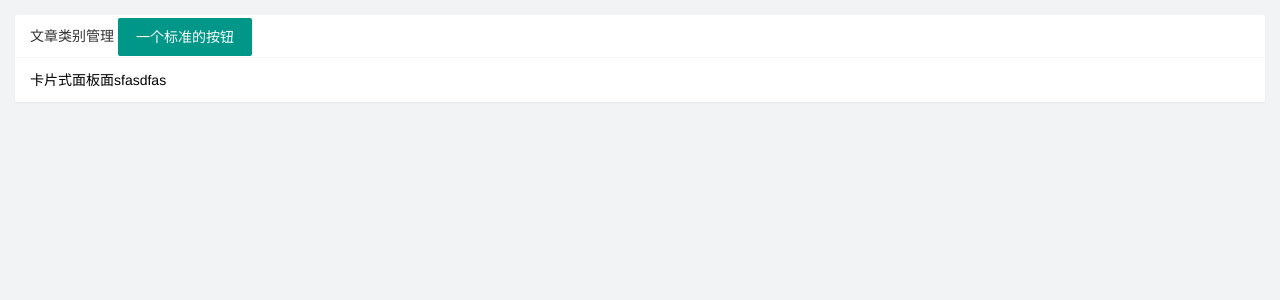
Repository: R1Deemo/Main-project
Page: article/art_cate.html
An editor plug-in stored every save of this project. The page is shown before and after the next save, followed by the edit.
The browser window is 1280 px wide. The pictures show the whole page.

Above is the page before, as saved 2022-11-09 19:44:27.

### article/art_cate.html
<!DOCTYPE html>
<html lang="en">

<head>
    <meta charset="UTF-8">
    <meta http-equiv="X-UA-Compatible" content="IE=edge">
    <meta name="viewport" content="width=device-width, initial-scale=1.0">
    <title>Document</title>
    <link rel="stylesheet" href="/assets/lib/layui/css/layui.css">
    <link rel="stylesheet" href="/assets/css/article/art_cate.css">
</head>

<body>
    <div class="layui-card">
        <div class="layui-card-header">
            <span>文章类别管理</span>
            <button type="button" class="layui-btn">一个标准的按钮</button>
        </div>
        <div class="layui-card-body">
            卡片式面板面sfasdfas
        </div>
    </div>

</body>

</html>

Loaded but not shown: assets/lib/layui/css/layui.css (library); assets/css/article/art_cate.css (common file)

After the next save:
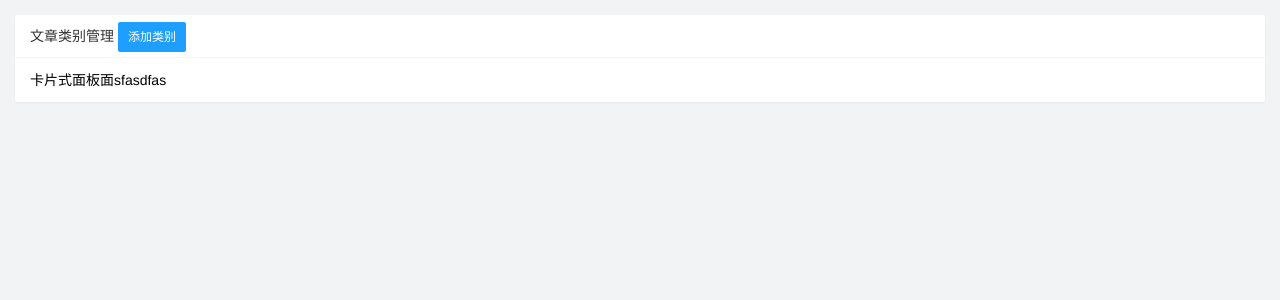
Saved 47 s later.
--- a/article/art_cate.html
+++ b/article/art_cate.html
@@ -14,7 +14,7 @@
     <div class="layui-card">
         <div class="layui-card-header">
             <span>文章类别管理</span>
-            <button type="button" class="layui-btn">一个标准的按钮</button>
+            <button type="button" class="layui-btn layui-btn-normal layui-btn-sm">添加类别</button>
         </div>
         <div class="layui-card-body">
             卡片式面板面sfasdfas
